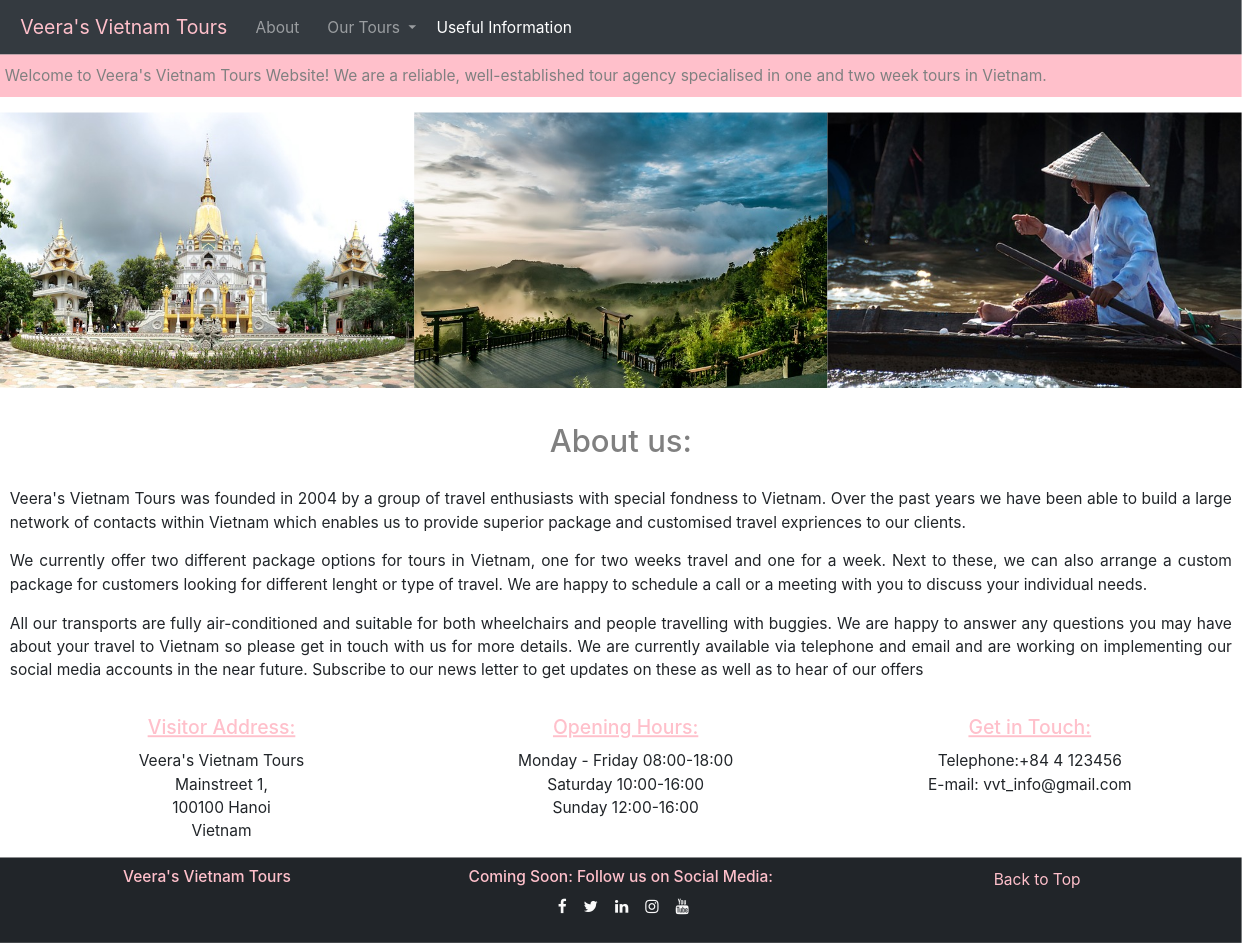
Repository: VAhola/VietnamTour
Page: about.html
The author's editor kept a record of every edit. The page is drawn from the files as they stood at one moment, then again after the next edit.
The browser window is 1280 px wide. The pictures show the whole page, at 97% of full size.

Above is the page before.

### about.html
<!DOCTYPE html>
<html lang="en">
<head>
    <meta charset="UTF-8">
    <meta name="viewport" content="width=device-width, initial-scale=1.0">
    <meta http-equiv="X-UA-Compatible" content="ie=edge">
    <link rel="stylesheet" href="https://stackpath.bootstrapcdn.com/bootstrap/4.3.1/css/bootstrap.min.css" type="text/css" />
    <link rel="stylesheet" href="https://stackpath.bootstrapcdn.com/font-awesome/4.7.0/css/font-awesome.min.css" type="text/css" />
    <link rel="stylesheet" href="style.css" type="text/css"/>
    <title>Vietnam Project</title>
</head>
<body>

<!--Nav-->

<nav class="navbar navbar-dark navbar-expand-sm bg-dark top">
    <a href="index.html" class="navbar-brand title">Veera's Vietnam Tours</a>
    <button class="navbar-toggler ml-auto" type="button" data-toggle="collapse" data-target="#navbarNavDropdown" aria-controls="navbarNavDropdown" aria-expanded="false" aria-label="Toggle navigation">
        <span class="navbar-toggler-icon"></span>
    </button>
    <div class="collapse navbar-collapse" id="navbarNavDropdown">
            <ul class="navbar-nav mr-auto">
                <li class="nav-item mr-2"><a class="nav-link" href="about.html">About</a></li>
                <li class="nav-item dropdown">
                    <a class="nav-link dropdown-toggle" href="#" id="navbarDropdownMenuLink" role="button" data-toggle="dropdown" aria-haspopup="true" aria-expanded="false">
          Our Tours
        </a>
                    <div class="dropdown-menu" aria-labelledby="navbarDropdownMenuLink">
                        <a class="dropdown-item" href="16d.html">16 Day Complete Vietnam</a>
                        <a class="dropdown-item" href="8d.html">8 Days Vietnam at glance</a>
                    </div>
                </li>
                <li class="active nav-item mr-2"><a class="nav-link" href="Info.html">Useful Information</a></li>
            </ul>
            </div>
        </nav>
<!-- /.nav -->


<!--Banner-->

<div>

    <p class="intro">
     Welcome to Veera's Vietnam Tours Website!

     We are a reliable, well-established tour agency specialised in one and two week tours in Vietnam.
    </p>
 </div>

<div class="gallery1">
<figure class="gallery_item gallery__item1">
    <img src="Assets/pictures/pagoda-704657_640.jpg" class="gallery__img" alt="Image 1">
</figure>
<figure class="gallery__item gallery__item--2">
    <img src="Assets/pictures/pagoda-2096468_640.jpg" class="gallery__img" alt="Image 2">
</figure>
<figure class="gallery__item gallery__item--3">
    <img src="Assets/pictures/vietnam-630445_640.jpg" class="gallery__img" alt="Image 3">
    </figure>
  </div>

<!-- /.banner -->


        <h2>About us:</h2>

<section class="about_us">
<p>Veera's Vietnam Tours was founded in 2004 by  a group of travel enthusiasts with special fondness to Vietnam. Over the past years we have been able to build a large network of contacts within Vietnam which enables us to provide superior package and customised travel expriences to our clients.</p>

<p>We currently offer two different package options for tours in Vietnam, one for two weeks travel and one for a week. Next to these, we can also arrange a custom package for customers looking for different lenght or type of travel.
We are happy to schedule a call or a meeting with you to discuss your individual needs.</p>

<p>All our transports are fully air-conditioned and suitable for both wheelchairs and people travelling with buggies.

We are happy to answer any questions you may have about your travel to Vietnam so please get in touch with us for more details. We are currently available via telephone and email and are working on implementing our social media accounts in the near future.

Subscribe to our news letter to get updates on these as well as to hear of our offers
</p>

</section>
</div>
</div>



<div class="row contacts">
    <div class="col-md-4">
        <ul>
        <h5>Visitor Address:</h5>
        <li>Veera's Vietnam Tours</li>
        <li>Mainstreet 1, </li>
        <li>100100 Hanoi </li>
        <li>Vietnam </li>
        </ul>
    </div>
    <div class="col-md-4">
        <h5>Opening Hours:</h5>
        <ul>
            <li>Monday - Friday 08:00-18:00</li>
            <li>Saturday 10:00-16:00</li>
            <li>Sunday  12:00-16:00</li>
        </ul>
    </div>
    <div class="col-md-4">
        <h5>Get in Touch:</h5>
        <ul>
            <li>Telephone:+84 4 123456</li>
            <li>E-mail: vvt_info@gmail.com</li>
        </ul>
    </div>

</div>


 <footer class="container-fluid site">
        <div id="footer-details" class="row">
            <div class="col-sm-4 center">
                 <h6>Veera's Vietnam Tours</h6>
            </div>
            <div class="col-sm-4 center">
                <h6 class="inline-block center">Coming Soon: Follow us on Social Media:</h6>
                <ul class="list-inline center">
                    <li class="list-inline-item">
                        <a target="_blank" href="#">
                            <i class="fa fa-facebook" aria-hidden="true"></i>
                            <span class="sr-only">Facebook</span>
                        </a>
                    </li>
                    <li class="list-inline-item">
                        <a target="_blank" href="#">
                            <i class="fa fa-twitter" aria-hidden="true"></i>
                            <span class="sr-only">Twitter</span>
                        </a>
                    </li>
                    <li class="list-inline-item">
                        <a target="_blank" href="#">
                            <i class="fa fa-linkedin" aria-hidden="true"></i>
                            <span class="sr-only">LinkedIn</span>
                        </a>
                    </li>
                    <li class="list-inline-item">
                        <a target="_blank" href="#">
                            <i class="fa fa-instagram" aria-hidden="true"></i>
                            <span class="sr-only">Instagram</span>
                        </a>
                    </li>
                    <li class="list-inline-item">
                        <a target="_blank" href="#">
                            <i class="fa fa-youtube" aria-hidden="true"></i>
                            <span class="sr-only">YouTube</span>
                        </a>
                    </li>
                </ul>
            </div>
           <div class="col-sm-4 center">
                <a href="#top" style="color:pink">Back to Top</a>
            </div>
        </div>
 </footer>



    <script src="https://code.jquery.com/jquery-3.3.1.slim.min.js" integrity="sha384-q8i/X+965DzO0rT7abK41JStQIAqVgRVzpbzo5smXKp4YfRvH+8abtTE1Pi6jizo" crossorigin="anonymous"></script>
    <script src="https://cdnjs.cloudflare.com/ajax/libs/popper.js/1.14.3/umd/popper.min.js" integrity="sha384-ZMP7rVo3mIykV+2+9J3UJ46jBk0WLaUAdn689aCwoqbBJiSnjAK/l8WvCWPIPm49" crossorigin="anonymous"></script>
    <script src="https://stackpath.bootstrapcdn.com/bootstrap/4.1.3/js/bootstrap.min.js" integrity="sha384-ChfqqxuZUCnJSK3+MXmPNIyE6ZbWh2IMqE241rYiqJxyMiZ6OW/JmZQ5stwEULTy" crossorigin="anonymous"></script>

</body>
</html>

### style.css
html {
    border: none;
}

/*------------- Styling the header -----------*/

.header {
    background-color: #4F4F4F;
    background-position: center;
    text-align: center;
    background-size: cover;
    color: #fafafa;
    margin:0;
    padding-bottom: 10px;
    padding-top: 10px;

}


.button {
    color: white;
}


.navbar-dark .navbar-brand {
    color: pink;

}

.dropdown-menu {
    background-color: #4F4F4F;
}

.dropdown-item {
    color: #b9bec3;
}


a {
    color:#fafafa;
    margin-left: 5px;
}

.section1 {
    background-size: cover;
    text-align: center;
    background-image: url(Assets/pictures/bamboo-boat-clouds-cloudscape-2132098.jpg);
    background-repeat: no-repeat;
    min-height: 380px;
    color: black;
    padding: 0px;
    background-position-y: bottom;
    background-position-x: center;
    background-color: darkgray;
}

.intro {
    background-color: pink;
    padding: 10px 5px;
    color: gray;
}

.intro1 {
    background-color: pink;
    padding: 10px 5px;
    color: gray;
    margin-bottom: 0px;
}

.welcome {
    padding:10px 5px;
}

h2 {
    color: gray;
    text-align: center;
    padding-bottom:20px;
    padding-top: 20px;
}

h3{
    color: PINK;
    text-align: center;
    padding-bottom:20px;
    padding-top: 20px;
}

h5 {
    color: pink;
    text-align: center;
    margin-top: 20px;
    margin-bottom: 10px;
    text-decoration: underline;
}


li {
    list-style: none;
    text-align: center
}

img.quote {
    border-style: solid;
    border-color: gray;
    float: right;
}

dl, ol, ul {
    margin-top: 0;
    margin-bottom: 1rem;
    padding: 0;
}

.tours {
    color:darkgray;
    text-align:center;
    margin-bottom:30px;
}

.section3 {
    background-size: cover;
    text-align: center;
    color: black;
}


.about_us {
    text-align: justify;
    margin-left: 10px;
    margin-right: 10px;
}

.contacts {
    margin-left: 20px;
    margin-right: 10px;
}

.compact {
    margin: 0;
}

.man {
    background-image: url(Assets/pictures/hanoi-man-market-1004123.jpg);

}

.btn-success1 {
    color: #fff;
    background-color: pink;
    border-color: gray;
    border-width: thick;
}


.towel {
 text-align:center;
 padding-left:15px;
 padding-right:15px;
 background-color: yellow;
 display: unset;
}

div.container4 {
    height: 1em;
    position: relative;

}
div.container4 p {
    margin: 0;
    background: yellow;
    position: absolute;
    top: 50%;
    left: 50%;
    margin-right: -50%;
    transform: translate(-50%, -50%);
    display:unset;
    padding: 5px 10px;

}

* {
  box-sizing: border-box;
}

div.box {
  float: left;
  width: 50%;
  padding: 20px;
}

div.center {
    text-align: center;
}

.clearfix::after {
  content: "";
  clear: both;
  display: table;
  padding: 20px;
}

.internary16 {
    text-align: left;
    margin: 10px 20px;
    align-content: center;
    text-align: justify;
}

.right {
    height:200px;
    word-break: break-word;
    float:right;
    margin: 5px;
}

.left {
    height:200px;
    word-break: break-word;
    float:left;
    margin: 5px;
}

.woman {
    float: right;
}


article {
    margin: 5px;
}

img.iten_right {
    border: 1px solid #ddd;
    border-radius: 4px;
    padding: 5px;
    width: 300px;
    margin-left: 10px;
}

img.iten_left {
    border: 1px solid #ddd;
    border-radius: 4px;
    padding: 5px;
    width: 300px;
    margin-right: 10px;
}

img.map_right {
    border: 1px solid #ddd;
    border-radius: 4px;
    width: 220px;
    margin:20px 10px;
}

.info_left {
    border: 3px solid #ddd;
    border-radius: 4px;
    width: 220px;
    margin-right:10px;
}

.info_right {
    border: 2px solid #ddd;
    border-radius: 4px;
    width: 220px;
    margin-left:10px;
}

banner2 {
    display: inline-block;
}

.gallery1 {
    display: grid;
    grid-template-columns: repeat(3, 1fr);
    padding-top:0px;
    margin: 0px;
}

.section2 {
    background-size: cover;
    text-align: center;
    background-image: url(Assets/pictures/chaly-pavement-road-2044867.jpg);
    background-repeat: no-repeat;
    min-height: 380px;
    color: black;
    padding: 0px;
    background-position-y: bottom;
    background-position-x: center;
}

.section4 {
    background-size: cover;
    text-align: center;
    background-image: url(Assets/pictures/chaly-pavement-road-2044867.jpg);
    background-repeat: no-repeat;
    min-height: 380px;
    color: black;
    padding: 0px;
    background-position-y: bottom;
    background-position-x: center;
}

.section5 {
    background-size: cover;
    text-align: center;
    background-image: url(Assets/pictures/IMG-20190712-WA0006_a.jpg);
    background-repeat: no-repeat;
    min-height: 380px;
    color: black;
    padding: 0px;
    background-position-y: bottom;
    background-position-x: center;
}

.dest {
    margin-left: 10px;
    margin-right: 10px;
    padding: 10px;
    text-align: justify;
}

.info {
    margin-top:20px;
}
.desth {
    margin-left: 10px;
    margin-right: 10px;
    text-align:justify;
}

.ready {
    background-clip: white;
    margin-left: 10px;
    margin-right: 10px;
}

.grid-container-new {
  display: grid;
  justify-content: space-evenly;
  grid-template-columns: 25% 25% 25%; /*Make the grid smaller than the container*/
  grid-gap: 5px;
  padding: 10px;
}

.grid-container {
  display: grid;
  justify-content: space-evenly;
  grid-template-columns: 80% 20%; /*Make the grid smaller than the container*/
  grid-gap: 5px;
  padding: 10px;
}

.grid-item {
  background-color: rgba(255, 255, 255, 0.8);
  border: 1px solid rgba(0, 0, 0, 0.8);
  padding: 20px;
  font-size: 30px;
  text-align: center;
}

.gallery {
    display: grid;
    grid-template-columns: repeat(4, 1fr);
    grid-gap: 10px;
    padding-top:5px;
    margin: 30px 5px;
}

.gallery__img {
    width: 100%;
    height: 100%;
    object-fit: cover;
}

.people {
    display: grid;
    grid-template-columns: repeat(2, 1fr);
    grid-gap: 10px;
    margin-left: 5px;
    margin-right: 5px;
    padding-top:5px;
}

.people__img {
    width: 100%;
    height: 100%;
    object-fit: cover;
}


.header5 {
    color: pink;
    text-decoration: underline;
}

footer.site {
    background-color: #212529;
    color: pink;
    background-size: cover;
    margin-bottom: 0;
    padding-bottom: 10px;
    padding-top: 10px;
}

.bottom {
    margin-bottom: 0;
}
/* media queries */

@media (max-width:767px) {
    body {
    font-size:small;
    }
    .review{
    text-align:center;
    padding:20px 10px;
    margin-bottom:40px;
    display:inline;
    font-size:smaller;
    }
    h1{
    font-size:small;
    }
    h2 {
        font-size:smaller;
    }
    em {
    font-size: x-small;
    }

    img.map_right {
    border: 1px solid #ddd;
    border-radius: 4px;
    width: 130px;
    margin-left: 10px;
    }

    img.iten_left{
    width: 50px;
    }

    .section2 {
    background-size: cover;
    text-align: center;
    background-image: url(Assets/pictures/chaly-pavement-road-2044867.jpg);
    background-repeat: no-repeat;
    min-height: 180px;
    color: black;
    padding: 0px;
    background-position-y: bottom;
    background-position-x: center;
    }
    .section1 {
    background-size: cover;
    text-align: center;
    background-image: url(Assets/pictures/bamboo-boat-clouds-cloudscape-2132098.jpg);
    background-repeat: no-repeat;
    min-height: 180px;
    color: black;
    padding: 0px;
    background-position-y: bottom;
    background-position-x: center;
    background-color: darkgray;
}
.section5 {
    background-size: cover;
    text-align: center;
    background-image: url(Assets/pictures/IMG-20190712-WA0006_a.jpg);
    background-repeat: no-repeat;
    min-height: 180px;
    color: black;
    padding: 0px;
    background-position-y: bottom;
    background-position-x: center;
}
}

@media (min-width: 768px) and (max-width: 991px) {
}
    .review {
    text-align:center;
    padding:20px 10px;
    margin-bottom:40px;
    display:flex;
    }
}

@media (min-width: 992px) and (max-width: 1800px) {
    .review{
    text-align:center;
    padding:20px 10px;
    margin-bottom:40px;
    margin-left: 20px;
    margin-right: 20px;
    display:inline-flex;
    }
}

After the next edit:
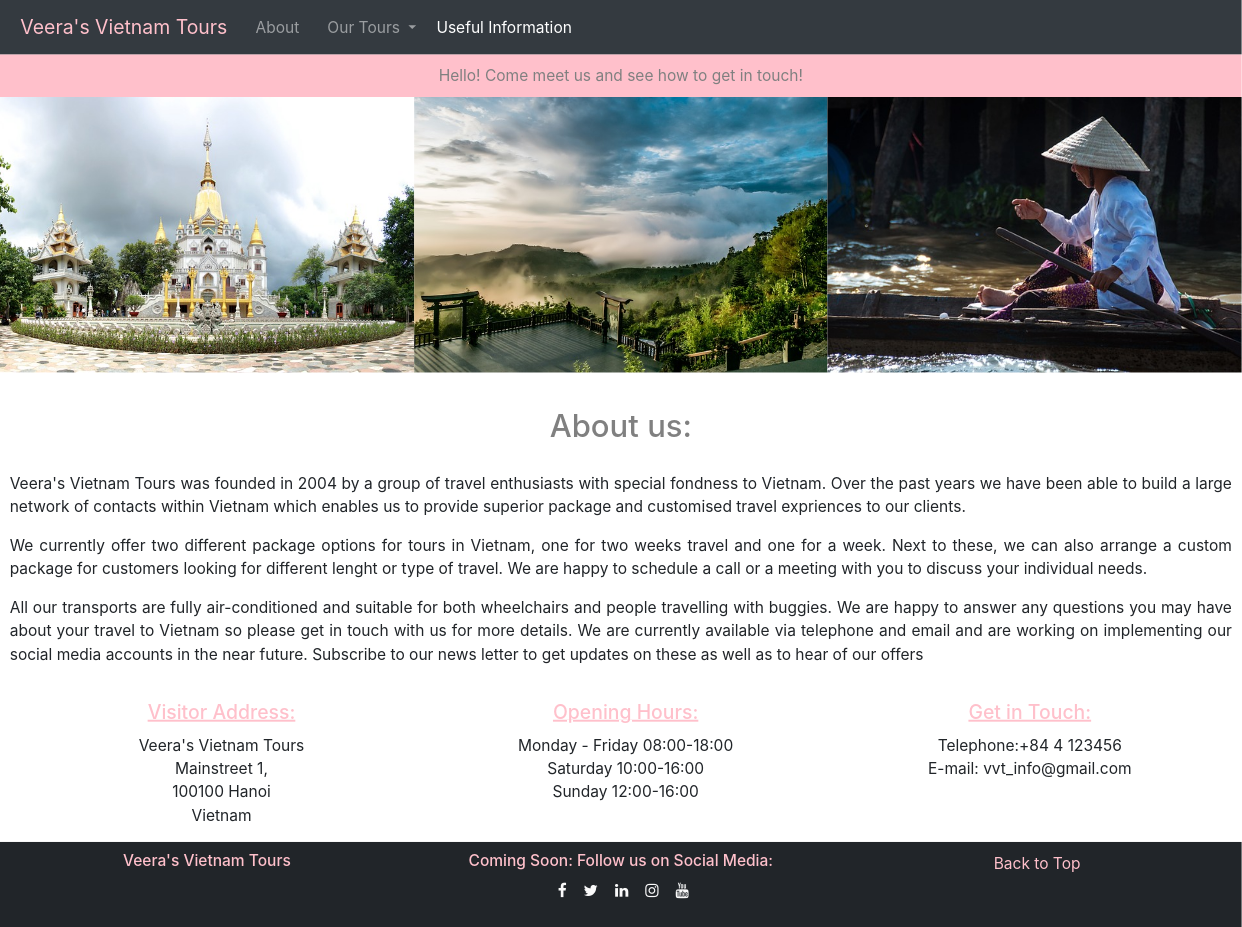
The edit:
--- a/about.html
+++ b/about.html
@@ -39,12 +39,9 @@
 
 <!--Banner-->
 
-<div>
-
-    <p class="intro">
-     Welcome to Veera's Vietnam Tours Website!
-
-     We are a reliable, well-established tour agency specialised in one and two week tours in Vietnam.
+<div class=section3>
+    <p class="intro1">
+     Hello! Come meet us and see how to get in touch!
     </p>
  </div>
 
